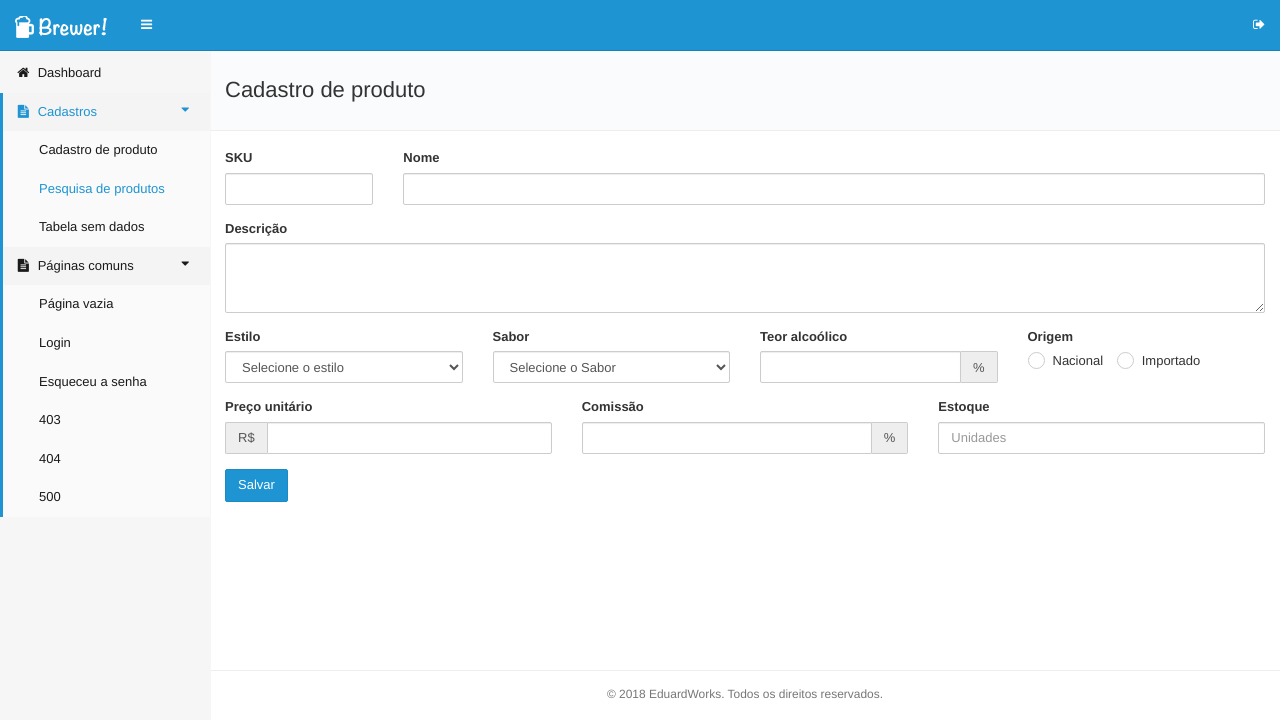
Repository: dumuller/spring-expert
Page: http://localhost/cerveja/CadastroCerveja
These files come from the project's save history. The page is drawn as it stood at one moment and after the next save; the edit follows.
The browser window is 1280 px wide. The pictures show the whole page.
The page is this project's Thymeleaf template; nobody is signed in. The template is opened directly, without the code that normally fills it, so the values that code supplies are empty.

Above is the page before, as saved 2018-12-10 16:56:13.

### brewer/src/main/resources/templates/cerveja/CadastroCerveja.html
<!DOCTYPE html>
<html lang="pt"xmlns="http://www.w3.org/1999/xhtml "
	           xmlns:th="http://www.thymeleaf.org">
<head>
	<meta charset="UTF-8"/>
	<meta http-equiv="X-UA-Compatible" content="IE=edge"/>
	<meta name="viewport" content="width=device-width, initial-scale=1"/>

	<title>Brewer</title>

	<link rel="stylesheet" type="text/css" href="/brewer/layout/stylesheets/vendors.min.css"/>
	<link rel="stylesheet" type="text/css" href="/brewer/layout/stylesheets/algaworks.min.css"/>
	<link rel="stylesheet" type="text/css" href="/brewer/layout/stylesheets/application.css"/>

	<!-- HTML5 shim and Respond.js for IE8 support of HTML5 elements and media queries -->
	<!-- WARNING: Respond.js doesn't work if you view the page via file:// -->
	<!--[if lt IE 9]>
		<script src="https://oss.maxcdn.com/html5shiv/3.7.2/html5shiv.min.js"></script>
		<script src="https://oss.maxcdn.com/respond/1.4.2/respond.min.js"></script>
	<![endif]-->
</head>
<body>

	<div class="aw-layout-page">


	<nav class="navbar  navbar-fixed-top  navbar-default  js-sticky-reference" id="main-navbar">
	  <div class="container-fluid">

	    <div class="navbar-header">
	      <a class="navbar-brand  hidden-xs" href="#">
	        <img alt="AlgaWorks" src="/brewer/images/logo.png"/>
	      </a>

	      <ul class="nav  navbar-nav">
	        <li>
	          <a href="#" class="js-sidebar-toggle"><i class="fa  fa-bars"></i></a>
	        </li>
	      </ul>
	    </div>

	    <ul class="nav navbar-nav  navbar-right">

	      <li>
	        <a href="#"><em class="fa  fa-sign-out"></em></a>
	      </li>
	    </ul>

	  </div>
	</nav>

	<aside class="aw-layout-sidebar  js-sidebar">
		<div class="aw-layout-sidebar__content">

	    	<nav class="aw-menu  js-menu">
	      		<ul class="aw-menu__list">

	        	<li class="aw-menu__item">
	         	 	<a href="dashboard.html"><i class="fa  fa-fw  fa-home"></i><span>Dashboard</span></a>
	       		</li>

	        	<li class="aw-menu__item  is-active">
	          	<a href="#">
	            	<i class="fa  fa-fw  fa-file-text"></i><span>Cadastros</span>
	            	<i class="aw-menu__navigation-icon  fa"></i>
	          	</a>

	          	<ul class="aw-menu__list  aw-menu__list--sublist">
	            	<li class="aw-menu__item  aw-menu__item--link"><a href="cadastro-produto.html">Cadastro de produto</a></li>
	            	<li class="aw-menu__item  aw-menu__item--link  is-active"><a href="pesquisa-produtos.html">Pesquisa de produtos</a></li>
	            	<li class="aw-menu__item  aw-menu__item--link"><a href="tabela-sem-dados.html">Tabela sem dados</a></li>
	          	</ul>
	        	</li>

	        	<li class="aw-menu__item  is-expanded">
	          	<a href="#">
	            	<i class="fa  fa-fw  fa-file-text"></i><span>Páginas comuns</span>
	            	<i class="aw-menu__navigation-icon  fa"></i>
	          	</a>

	          	<ul class="aw-menu__list  aw-menu__list--sublist">
	            	<li class="aw-menu__item  aw-menu__item--link"><a href="pagina-vazia.html">Página vazia</a></li>
	            	<li class="aw-menu__item  aw-menu__item--link"><a href="login.html">Login</a></li>
	            	<li class="aw-menu__item  aw-menu__item--link"><a href="esqueceu-a-senha.html">Esqueceu a senha</a></li>
	            	<li class="aw-menu__item  aw-menu__item--link"><a href="403.html">403</a></li>
	            	<li class="aw-menu__item  aw-menu__item--link"><a href="404.html">404</a></li>
	            	<li class="aw-menu__item  aw-menu__item--link"><a href="500.html">500</a></li>
	          	</ul>
	        	</li>

	      		</ul>
	    	</nav>

		</div>
	</aside>

	<section class="aw-layout-content  js-content">


		<div class="page-header">
			<div class="container-fluid">
				<h1>
					Cadastro de produto
				</h1>
			</div>
		</div>

		<div class="container-fluid">

			<!-- <div class="alert  alert-danger  alert-dismissible" role="alert">
				<button type="button" class="close" data-dismiss="alert" aria-label="Close"><span aria-hidden="true">&times;</span></button>
				<i class="fa  fa-exclamation-circle"></i> Já existe um produto com o nome informado.
			</div> -->

			<form method="POST" th:object="${cerveja}" class="form-vertical  js-form-loading">
				<div class="row">
						<div class="col-sm-2 form-group">
							<label for="sku">SKU</label>
							<input id="sku" type="text" class="form-control"/>
						</div>

						<div class="col-sm-10 form-group">
							<label for="nome">Nome</label>
							<input id="nome" type="text" class="form-control"></input>
						</div>

				</div>

				<div class="form-group">
					<label for="descricao">Descrição</label>
					<textarea id="descricao" rows="3" class="form-control"></textarea>
				</div>

				<div class="row">
						<div class="col-sm-3 form-group">
							<label for="estilo">Estilo</label>
							<select id="estilo" class="form-control">
								<option value="">Selecione o estilo</option>
								<option value="1">Pale Ale</option>
								<option value="2">Pilsen</option>
								<option value="3">Weiss</option>
								<option value="4">IPA</option>
							</select>
						</div>

						<div class="col-sm-3 form-group">
							<label for="sabor">Sabor</label>
							<select id="sabor" class="form-control">
								<option value="">Selecione o Sabor</option>
								<option value="1">Trigo</option>
								<option value="2">Frutada</option>
								<option value="3">Puro Malte</option>
							</select>
						</div>

						<div class="col-sm-3 form-group">
							<label for="teorAlcoolico">Teor alcoólico</label>
							<div class="input-group">
								<input id="teorAlcoolico" type="text" class="form-control"/>
								<div class="input-group-addon">%</div>
							</div>

						</div>

						<div class="col-lg-3 col-sm-6 form-group">
							<label for="origem">Origem</label>
								<div>
									<div class="radio radio-inline">
										<input type="radio" name="origem">
										<label>Nacional</label>
									</div>

									<div class="radio radio-inline">
										<input type="radio" name="origem">
										<label>Importado</label>
									</div>
								</div>

						</div>
				</div>

				<div class="row">
					<div class="col-sm-4">
						<div class="form-group">
							<label for="preco">Preço unitário</label>
							<div class="input-group">
								<div class="input-group-addon">R$</div>
								<input id="preco" type="text" class="form-control"/>
							</div>
						</div>
					</div>

					<div class="col-sm-4">
						<div class="form-group">
							<label for="comissao">Comissão</label>
							<div class="input-group">
								<input id="comissao" type="text" class="form-control"/>
								<div class="input-group-addon">%</div>
							</div>
						</div>
					</div>

					<div class="col-sm-4">
						<div class="form-group">
							<label for="input-produto-estoque">Estoque</label>
							<input id="input-produto-estoque" type="text" class="form-control" placeholder="Unidades"/>
						</div>
					</div>
				</div>

				<div class="form-group">
					<button class="btn  btn-primary" type="submit">Salvar</button>
				</div>

			</form>
		</div>

	</section>

	<footer class="aw-layout-footer  js-content">
		<div class="container-fluid">
			<span class="aw-footer-disclaimer">&copy; 2018 EduardWorks. Todos os direitos reservados.</span>
		</div>
	</footer>

</div>

<script src="/brewer/layout/javascripts/vendors.min.js"></script>
<script src="/brewer/layout/javascripts/algaworks.min.js"></script>

</body>
</html>

### brewer/src/main/resources/static/layout/stylesheets/application.css
.table-pesq-produto-col-preco {
  min-width: 130px;
  text-align: center;
  display: none !important;
}
@media (min-width: 992px) {
  .table-pesq-produto-col-preco {
    display: block !important;
  }
  table.table-pesq-produto-col-preco {
    display: table !important;
  }
  tr.table-pesq-produto-col-preco {
    display: table-row !important;
  }
  th.table-pesq-produto-col-preco,
  td.table-pesq-produto-col-preco {
    display: table-cell !important;
  }
}
.table-pesq-produto-col-estoque {
  min-width: 100px;
  text-align: center;
  display: none !important;
}
@media (min-width: 992px) {
  .table-pesq-produto-col-estoque {
    display: block !important;
  }
  table.table-pesq-produto-col-estoque {
    display: table !important;
  }
  tr.table-pesq-produto-col-estoque {
    display: table-row !important;
  }
  th.table-pesq-produto-col-estoque,
  td.table-pesq-produto-col-estoque {
    display: table-cell !important;
  }
}
.table-pesq-produto-col-status {
  min-width: 100px;
  text-align: center;
}
.table-pesq-produto-col-acoes {
  min-width: 105px;
  text-align: center;
}

Loaded but not shown: brewer/src/main/resources/static/layout/stylesheets/vendors.min.css (library); brewer/src/main/resources/static/layout/stylesheets/algaworks.min.css (library); brewer/src/main/resources/static/layout/javascripts/vendors.min.js (library); brewer/src/main/resources/static/layout/javascripts/algaworks.min.js (common file)

After the next save:
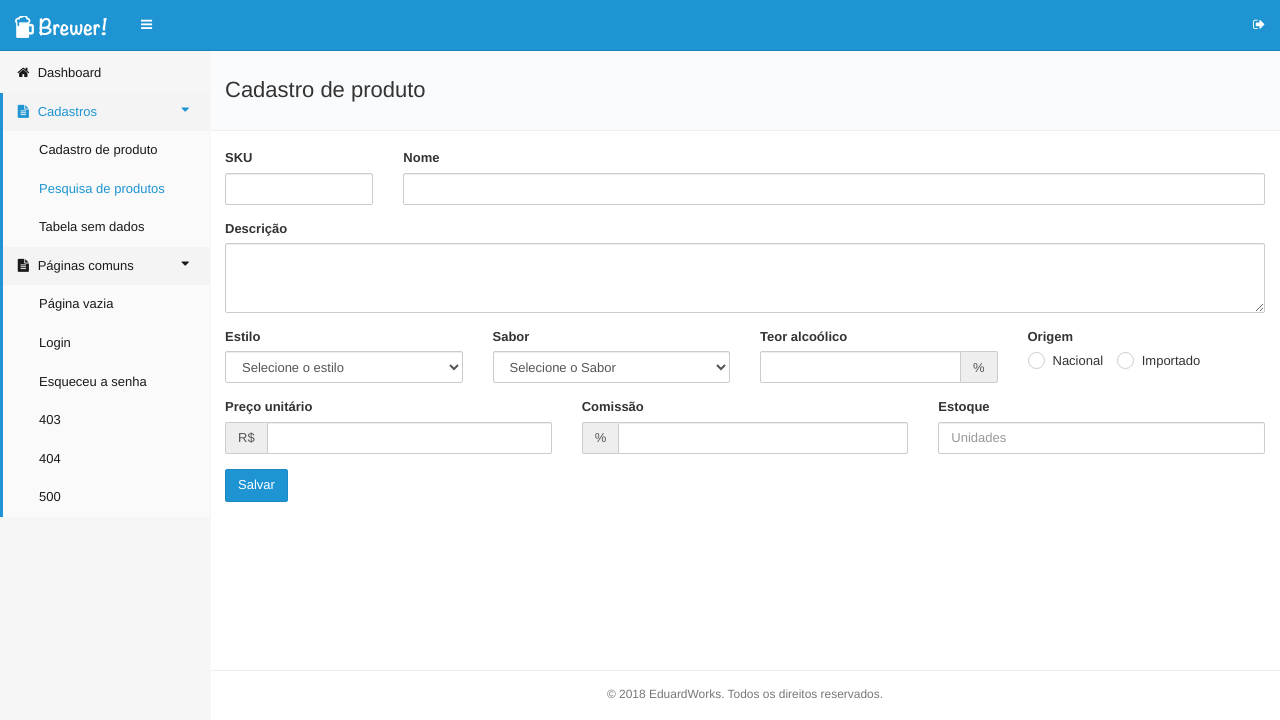
Saved 11 s later.
--- a/brewer/src/main/resources/templates/cerveja/CadastroCerveja.html
+++ b/brewer/src/main/resources/templates/cerveja/CadastroCerveja.html
@@ -194,8 +194,8 @@
 						<div class="form-group">
 							<label for="comissao">Comissão</label>
 							<div class="input-group">
+								<div class="input-group-addon">%</div>
 								<input id="comissao" type="text" class="form-control"/>
-								<div class="input-group-addon">%</div>
 							</div>
 						</div>
 					</div>
